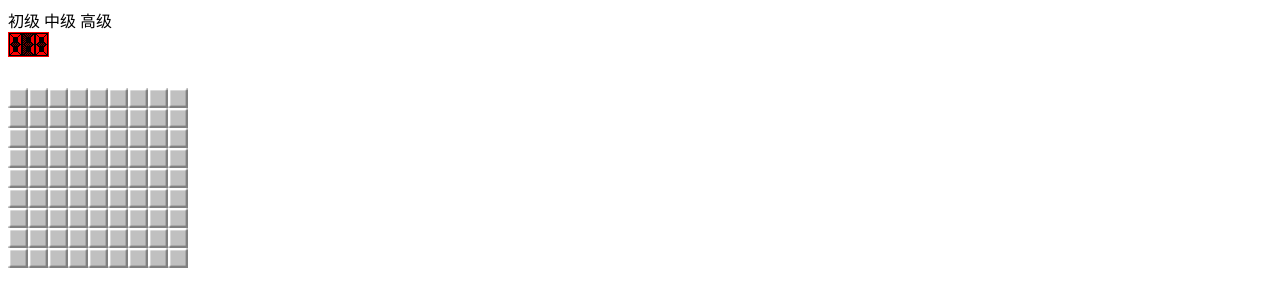
Repository: vLinv/MineSweeper
Page: index.html
These files come from the project's save history. The page is drawn as it stood at one moment and after the next save; the edit follows.
The browser window is 1280 px wide. The pictures show the whole page.

Above is the page before, as saved 2022-02-18 11:46:39.

After the next save:
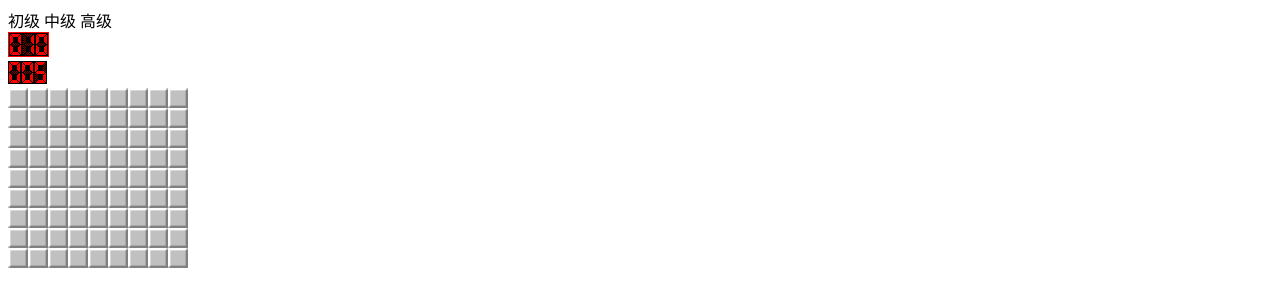
Saved 27 s later.
--- a/index.html
+++ b/index.html
@@ -130,7 +130,8 @@
         this.drawMap();
         this.drawGameInfo(this.mineNum, this.mineNumCanvas);
         this.timer = setInterval(() => {
-
+          this.time += 1;
+          this.drawGameInfo(this.time, this.timerCanvas)
         }, 1000)
       }
 
